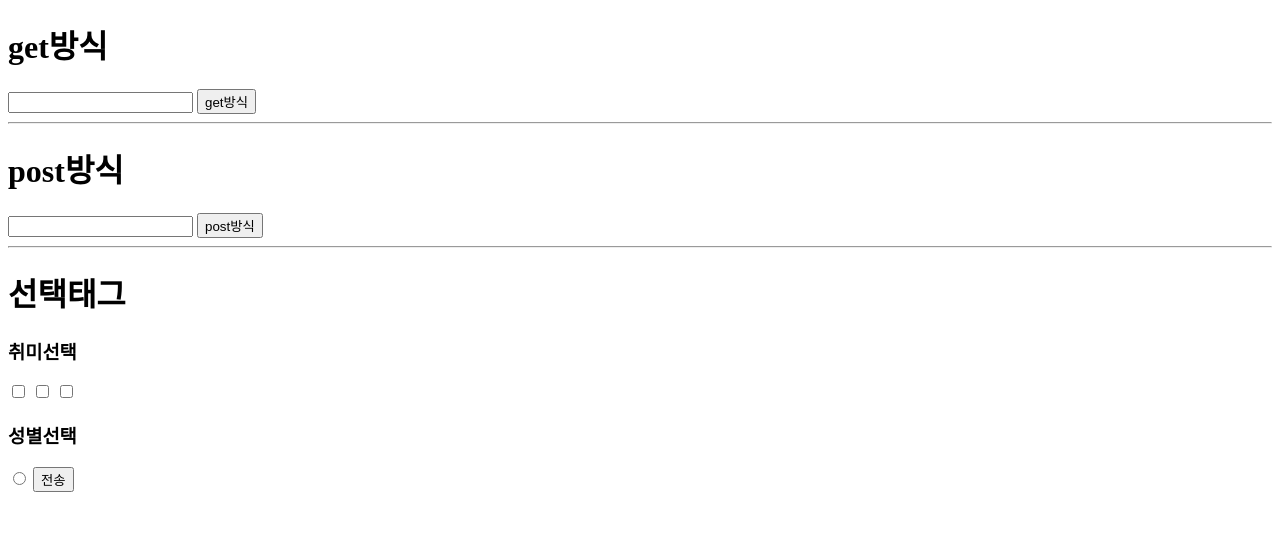
Repository: HeonchanKim/smhrd_jsp
Page: Servlet/src/main/webapp/ex04.html
An editor plug-in stored every save of this project. The page is shown before and after the next save, followed by the edit.
The browser window is 1280 px wide. The pictures show the whole page.

Above is the page before, as saved 2022-01-27 07:18:37.

### Servlet/src/main/webapp/ex04.html
<!DOCTYPE html>
<html>
<head>
<meta charset="EUC-KR">
<title>Insert title here</title>
</head>
<body>
	<!--
		사용자가 서버프로그램으로 값을 보낼 수 있는 두가지 방법
		get : URL을 통해서 데이터를 전달 / 보안 X / 보내는 데이터크기에 제한 O / 빠름
			  URL(ISO-8859-1 - > euc-kr>

		post : 패킷을 통해서 데이터를 전달 / 보안강함 / 보내는 데이터크기 제한 X
	 -->

	 <h1>get방식</h1>
	<form action="ex04" method="get">
		<input type="text" name="text">
		<input type="submit" value="get방식">
	</form>

	<hr>

	 <h1>post방식</h1>
	<form action="ex04" method="post">
		<input type="text" name="text">
		<input type="submit" value="post방식">
	</form>

	<hr>

	<h1>선택태그</h1>
	<form action="ex04" method="post">

		<h3>취미선택</h3>
		<input type="checkbox">
		<input type="checkbox">
		<input type="checkbox">

		<h3>성별선택</h3>
		<input type="radio">
		<input type="submit" value="전송">
	</form>





















</body>
</html>

After the next save:
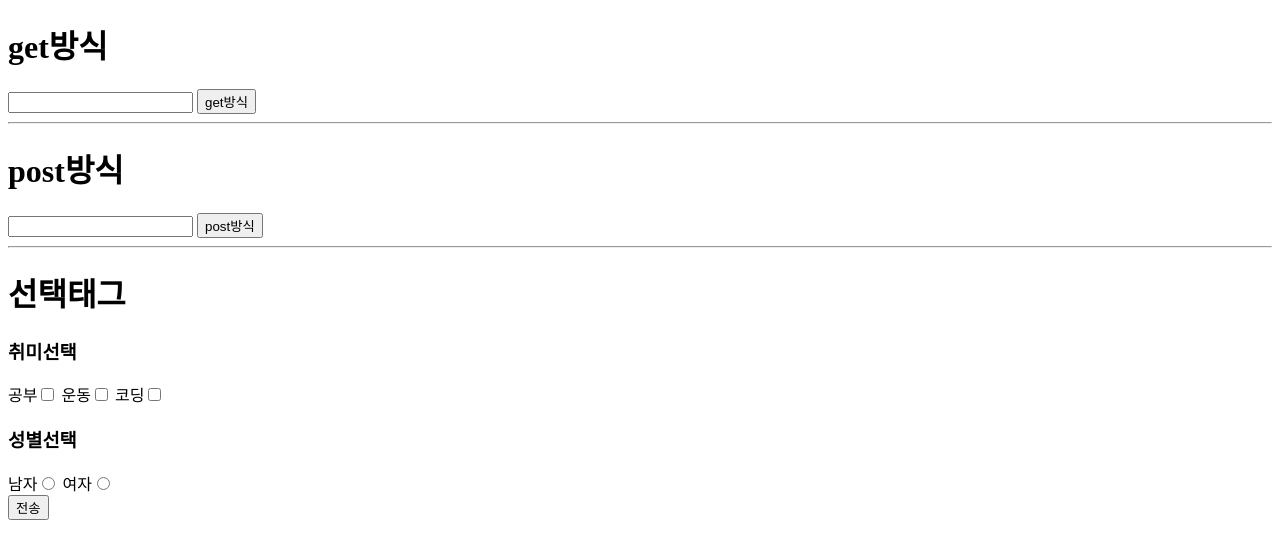
Saved 40 s later.
--- a/Servlet/src/main/webapp/ex04.html
+++ b/Servlet/src/main/webapp/ex04.html
@@ -33,12 +33,14 @@
 	<form action="ex04" method="post">
 
 		<h3>취미선택</h3>
-		<input type="checkbox">
-		<input type="checkbox">
-		<input type="checkbox">
+		공부<input type="checkbox">
+		운동<input type="checkbox">
+		코딩<input type="checkbox">
 
 		<h3>성별선택</h3>
-		<input type="radio">
+		남자<input type="radio">
+		여자<input type="radio">
+		<br>
 		<input type="submit" value="전송">
 	</form>
 
